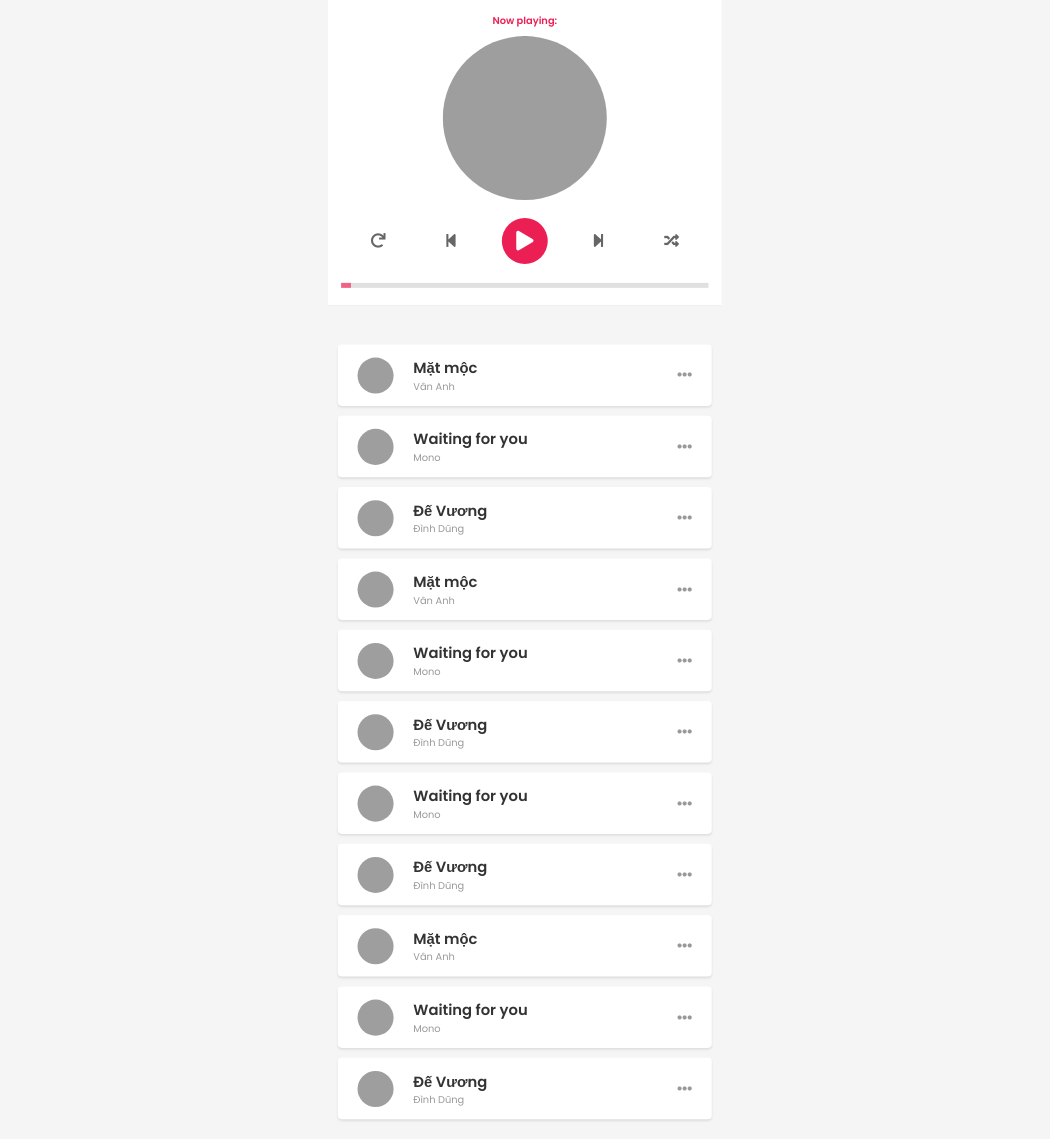
Repository: Tbs-Giang-Luong/app_music_ver1
Page: index.html
These files come from the project's save history. The page is drawn as it stood at one moment and after the next save; the edit follows.
The browser window is 1280 px wide. The pictures show the whole page, at 82% of full size.
Pictures or frames that could not be fetched are drawn as grey boxes.

Above is the page before, as saved 2022-10-20 01:32:59.

### index.html
<!DOCTYPE html>
<html lang="en">
  <head>
    <meta charset="UTF-8" />
    <meta http-equiv="X-UA-Compatible" content="IE=edge" />
    <meta name="viewport" content="width=device-width, initial-scale=1.0" />
    <title>Document</title>
    <link rel="stylesheet" href="./asset/css/main.css" />
  </head>
  <body>
    <meta name="viewport" content="width=device-width, initial-scale=1.0" />
    <title>Music player</title>
    <link
      rel="stylesheet"
      href="https://cdnjs.cloudflare.com/ajax/libs/font-awesome/5.15.2/css/all.min.css"
      integrity="sha512-HK5fgLBL+xu6dm/Ii3z4xhlSUyZgTT9tuc/hSrtw6uzJOvgRr2a9jyxxT1ely+B+xFAmJKVSTbpM/CuL7qxO8w=="
      crossorigin="anonymous"
    />
    <link rel="preconnect" href="https://fonts.gstatic.com" />
    <link
      href="https://fonts.googleapis.com/css2?family=Poppins:wght@300;400;600&display=swap"
      rel="stylesheet"
    />

    <div class="player">
      <!-- Dashboard -->
      <div class="dashboard">
        <!-- Header -->
        <header>
          <h4>Now playing:</h4>
          <h2>String 57th & 9th</h2>
        </header>

        <!-- CD -->
        <div class="cd">
          <div
            class="cd-thumb"
            style="
              background-image: url('https://i.ytimg.com/vi/jTLhQf5KJSc/maxresdefault.jpg');
            "
          ></div>
        </div>

        <!-- Control -->
        <div class="control">
          <div class="btn btn-repeat">
            <i class="fas fa-redo"></i>
          </div>
          <div class="btn btn-prev">
            <i class="fas fa-step-backward"></i>
          </div>
          <div class="btn btn-toggle-play">
            <i class="fas fa-pause icon-pause"></i>
            <i class="fas fa-play icon-play"></i>
          </div>
          <div class="btn btn-next">
            <i class="fas fa-step-forward"></i>
          </div>
          <div class="btn btn-random">
            <i class="fas fa-random"></i>
          </div>
        </div>

        <input
          id="progress"
          class="progress"
          type="range"
          value="0"
          step="1"
          min="0"
          max="100"
        />

        <audio id="audio" src=""></audio>
      </div>

      <!-- Playlist -->
      <div class="playlist">

      </div>
    </div>

    <!-- Design from: https://static.collectui.com/shots/3671744/musicloud-revolutionary-app-for-music-streaming-large -->
    <script src="main.js"></script>
  </body>
</html>

### asset/css/main.css
:root {
  --primary-color: #ec1f55;
  --text-color: #333;
}

* {
  padding: 0;
  margin: 0;
  box-sizing: inherit;
}

body {
  background-color: #f5f5f5;
}

html {
  box-sizing: border-box;
  font-family: "Poppins", sans-serif;
}

.player {
  position: relative;
  max-width: 480px;
  margin: 0 auto;
}

.player .icon-pause {
  display: none;
}

.player.playing .icon-pause {
  display: inline-block;
}

.player.playing .icon-play {
  display: none;
}

.dashboard {
  padding: 16px 16px 14px;
  background-color: #fff;
  position: fixed;
  top: 0;
  width: 100%;
  max-width: 480px;
  border-bottom: 1px solid #ebebeb;
}

/* HEADER */
header {
  text-align: center;
  margin-bottom: 10px;
}

header h4 {
  color: var(--primary-color);
  font-size: 12px;
}

header h2 {
  color: var(--text-color);
  font-size: 20px;
}

/* CD */
.cd {
  display: flex;
  margin: auto;
  width: 200px;
}

.cd-thumb {
  width: 100%;
  padding-top: 100%;
  border-radius: 50%;
  background-color: #333;
  background-size: cover;
  margin: auto;
}

/* CONTROL */
.control {
  display: flex;
  align-items: center;
  justify-content: space-around;
  padding: 18px 0 8px 0;
}

.control .btn {
  color: #666;
  padding: 18px;
  font-size: 18px;
}

.control .btn.active {
  color: var(--primary-color);
}

.control .btn-toggle-play {
  width: 56px;
  height: 56px;
  border-radius: 50%;
  font-size: 24px;
  color: #fff;
  display: flex;
  align-items: center;
  justify-content: center;
  background-color: var(--primary-color);
}

.progress {
  width: 100%;
  -webkit-appearance: none;
  height: 6px;
  background: #d3d3d3;
  outline: none;
  opacity: 0.7;
  -webkit-transition: 0.2s;
  transition: opacity 0.2s;
}

.progress::-webkit-slider-thumb {
  -webkit-appearance: none;
  appearance: none;
  width: 12px;
  height: 6px;
  background-color: var(--primary-color);
  cursor: pointer;
}

/* PLAYLIST */
.playlist {
  margin-top: 408px;
  padding: 12px;
}

.song {
  display: flex;
  align-items: center;
  margin-bottom: 12px;
  background-color: #fff;
  padding: 8px 16px;
  border-radius: 5px;
  box-shadow: 0 2px 3px rgba(0, 0, 0, 0.1);
}

.song.active {
  background-color: var(--primary-color);
}

.song:active {
  opacity: 0.8;
}

.song.active .option,
.song.active .author,
.song.active .title {
  color: #fff;
}

.song .thumb {
  width: 44px;
  height: 44px;
  border-radius: 50%;
  background-size: cover;
  margin: 0 8px;
}

.song .body {
  flex: 1;
  padding: 0 16px;
}

.song .title {
  font-size: 18px;
  color: var(--text-color);
}

.song .author {
  font-size: 12px;
  color: #999;
}

.song .option {
  padding: 16px 8px;
  color: #999;
  font-size: 18px;
}

### main.js
// App music

const $ = document.querySelector.bind(document);
const $$ = document.querySelectorAll.bind(document);

const playlist = $(".playlist");
const cd = $(".cd");
const heading = $("header h2");
const cdThumb = $(".cd-thumb");
const audio = $("#audio");


const app = {
  currentIndex: 0,
  songs: [
    {
      name: "Mặt mộc",
      singer: "Vân Anh",
      path: "https://playsetmusic.com/download/OIVH8LSktGZR",
      image: "./asset/img/Mat moc.png",
    },
    {
      name: "Waiting for you",
      singer: "Mono",
      path: "https://playsetmusic.com/download/R8MQzb3Z8Gyd",
      image: "./asset/img/wating for you.jpg",
    },
    {
      name: "Đế Vương",
      singer: "Đình Dũng",
      path: "https://playsetmusic.com/download/wO4cfN8f65Ng",
      image: "./asset/img/De vuong.jpg",
    },
    {
      name: "Mặt mộc",
      singer: "Vân Anh",
      path: "https://playsetmusic.com/download/OIVH8LSktGZR",
      image: "./asset/img/Mat moc.png",
    },
    {
      name: "Waiting for you",
      singer: "Mono",
      path: "https://playsetmusic.com/download/R8MQzb3Z8Gyd",
      image: "./asset/img/wating for you.jpg",
    },
    {
      name: "Đế Vương",
      singer: "Đình Dũng",
      path: "https://playsetmusic.com/download/wO4cfN8f65Ng",
      image: "./asset/img/De vuong.jpg",
    },
    {
      name: "Waiting for you",
      singer: "Mono",
      path: "https://playsetmusic.com/download/R8MQzb3Z8Gyd",
      image: "./asset/img/wating for you.jpg",
    },
    {
      name: "Đế Vương",
      singer: "Đình Dũng",
      path: "https://playsetmusic.com/download/wO4cfN8f65Ng",
      image: "./asset/img/De vuong.jpg",
    },
    {
      name: "Mặt mộc",
      singer: "Vân Anh",
      path: "https://playsetmusic.com/download/OIVH8LSktGZR",
      image: "./asset/img/Mat moc.png",
    },
    {
      name: "Waiting for you",
      singer: "Mono",
      path: "https://playsetmusic.com/download/R8MQzb3Z8Gyd",
      image: "./asset/img/wating for you.jpg",
    },
    {
      name: "Đế Vương",
      singer: "Đình Dũng",
      path: "https://playsetmusic.com/download/wO4cfN8f65Ng",
      image: "./asset/img/De vuong.jpg",
    },
  ],

  render: function () {
    const htmls = this.songs.map((song) => {
      return `
      <div class="song">
          <div class="thumb" style="background-image: url('${song.image}')">
          </div>
          <div class="body">
            <h3 class="title">${song.name}</h3>
            <p class="author">${song.singer}</p>
          </div>
          <div class="option">
            <i class="fas fa-ellipsis-h"></i>
          </div>
      </div>
      `;
    });
    playlist.innerHTML = htmls.join("");
  },

  defineProperties: function () {
    Object.defineProperty(this, "currentSong", {
      get: function () {
        return this.songs[this.currentIndex];
      },
    });
  },

  loadCurrentSong: function () {



    heading.textContent = heading.currentSong?.name;
    cdThumb.style.backgroundImage =`url${this.currentSong.image}`;
    audio.src = this.currentSong.path;
  },

  handleEvent: function () {
    const cdWidth = cd.offsetWidth;
    document.onscroll = function () {
      const scrollTop = window.scrollY || document.documentElement.scrollTop;
      const newCdWidth = cdWidth - scrollTop;
      cd.style.width = newCdWidth > 0 ? newCdWidth + "px" : 0;
      cd.style.opacity = newCdWidth / cdWidth;
    };
  },

  start: function () {

    this.defineProperties();
    this.handleEvent();

    this.loadCurrentSong();

    this.render();
  },
};

app.start();

After the next save:
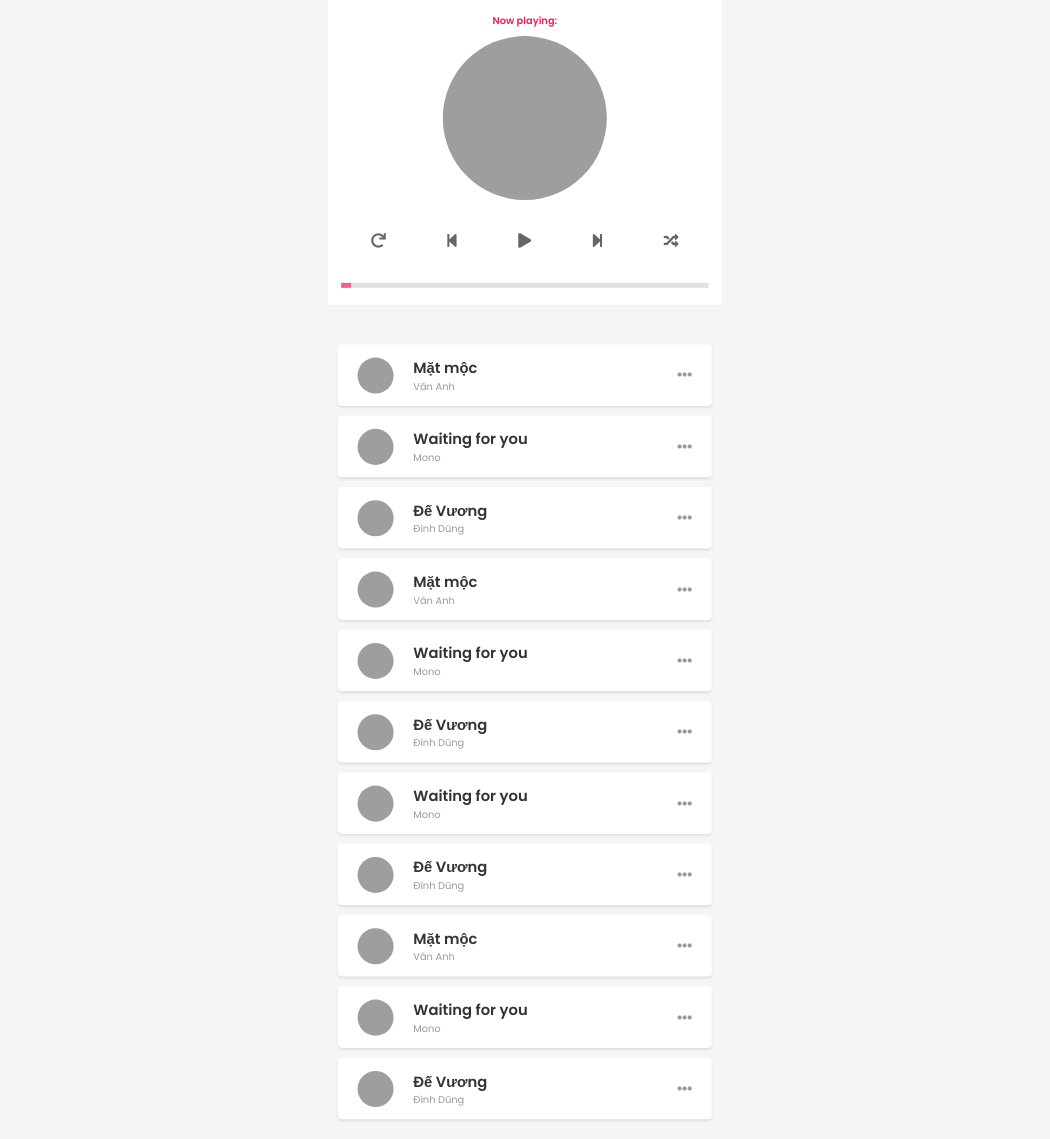
Saved 14 h 11 min later.
--- a/index.html
+++ b/index.html
@@ -49,7 +49,7 @@
           <div class="btn btn-prev">
             <i class="fas fa-step-backward"></i>
           </div>
-          <div class="btn btn-toggle-play">
+          <div class="btn  playing">
             <i class="fas fa-pause icon-pause"></i>
             <i class="fas fa-play icon-play"></i>
           </div>

After the save that followed:
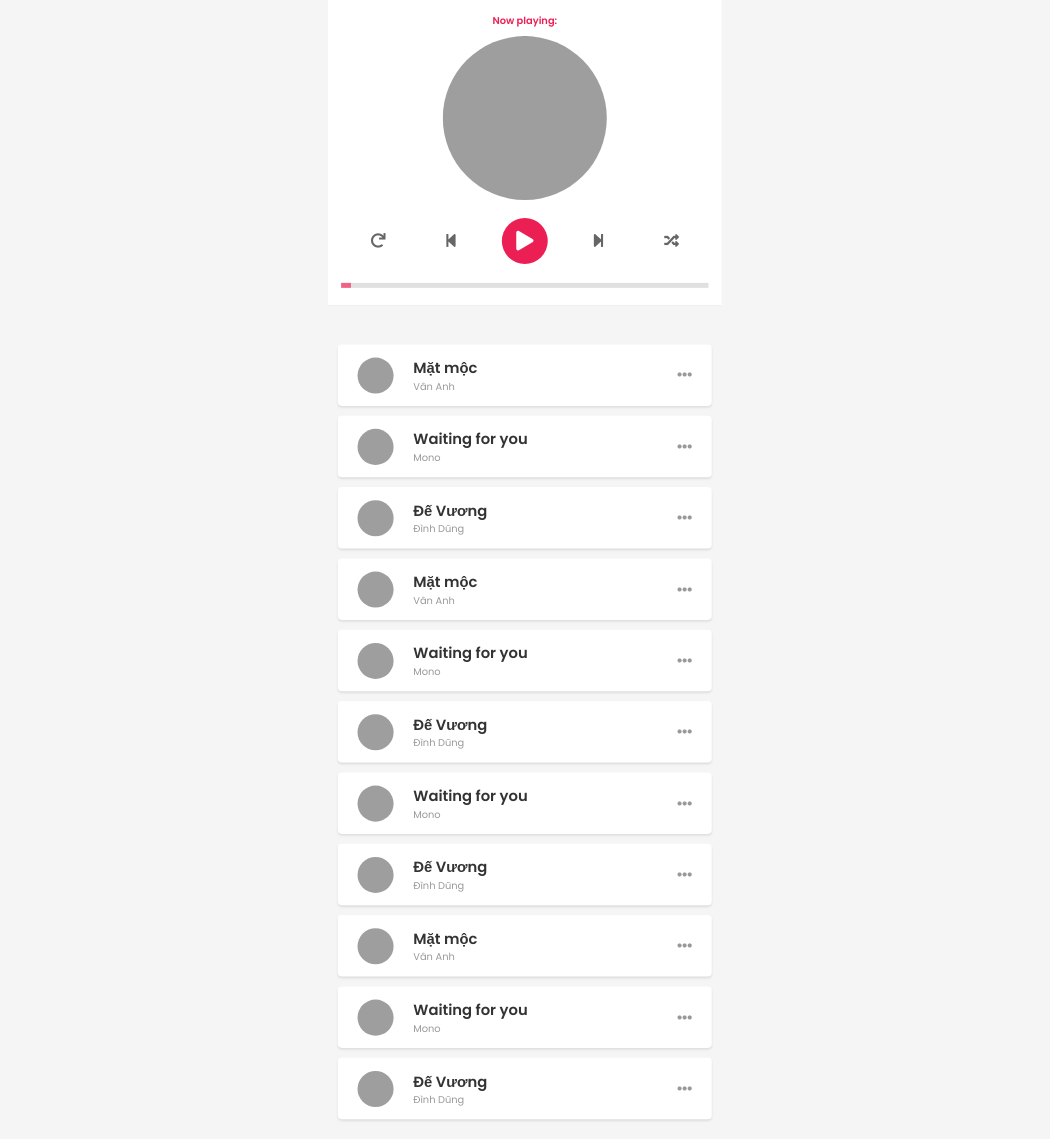
Saved 6 s later.
--- a/index.html
+++ b/index.html
@@ -49,7 +49,7 @@
           <div class="btn btn-prev">
             <i class="fas fa-step-backward"></i>
           </div>
-          <div class="btn  playing">
+          <div class="btn btn-toggle-play playing">
             <i class="fas fa-pause icon-pause"></i>
             <i class="fas fa-play icon-play"></i>
           </div>
